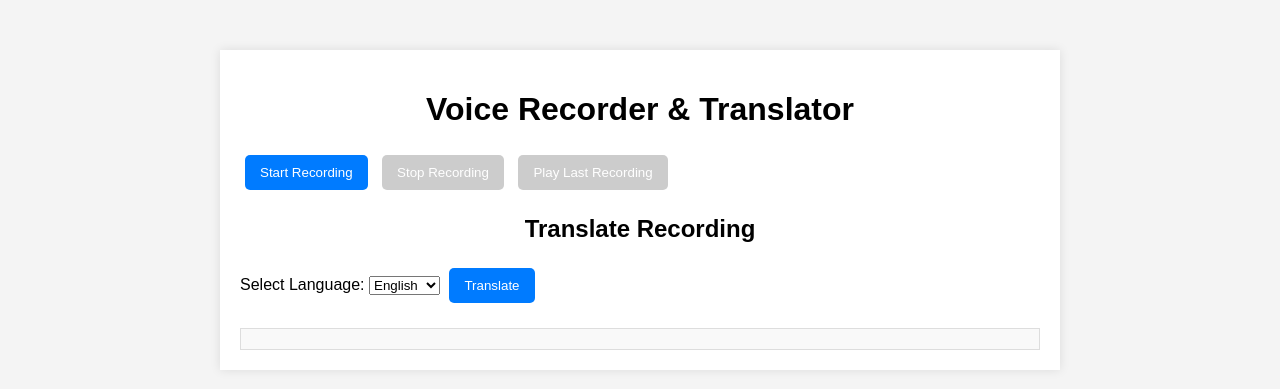
Repository: Tobby004/voice-and-text-translator
Page: index.html
These files come from the project's save history. The page is drawn as it stood at one moment and after the next save; the edit follows.
The browser window is 1280 px wide. The pictures show the whole page.
The page's requests for data from a server got no answer.

Above is the page before, as saved 2023-08-29 16:59:53.

### index.html
<!DOCTYPE html>
<html lang="en">
<head>
    <meta charset="UTF-8">
    <meta name="viewport" content="width=device-width, initial-scale=1.0">
    <title>Voice Recording App</title>
    <link rel="stylesheet" href="style.css">
</head>
<body>
    <div class="container">
        <h1>Voice Recorder & Translator</h1>
        <button id="startRecord">Start Recording</button>
        <button id="stopRecord" disabled>Stop Recording</button>
        <button id="playAudio" disabled>Play Last Recording</button>

        <h2>Translate Recording</h2>
        <label for="languageSelect">Select Language:</label>
        <select id="languageSelect">
            <!-- Languages will be populated dynamically -->
        </select>
        <button id="translate">Translate</button>
        <div id="translatedText"></div>
    </div>

    <script src="app.js"></script>
    <script src="translator.js"></script>
</body>
</html>

### style.css
body {
    font-family: Arial, sans-serif;
    background-color: #f4f4f4;
    margin: 0;
    padding: 0;
}

.container {
    width: 80%;
    max-width: 800px;
    margin: 50px auto;
    padding: 20px;
    background-color: #fff;
    box-shadow: 0 0 10px rgba(0, 0, 0, 0.1);
}

h1, h2 {
    text-align: center;
}

button {
    padding: 10px 15px;
    margin: 5px;
    cursor: pointer;
    border: none;
    background-color: #007BFF;
    color: #fff;
    border-radius: 5px;
}

button:disabled {
    background-color: #ccc;
}

#translatedText {
    margin-top: 20px;
    padding: 10px;
    border: 1px solid #ddd;
    background-color: #f9f9f9;
}

### app.js
let mediaRecorder;
let audioChunks = [];
let audioBlob;
let audioUrl;
let audio = new Audio();
let recordingInterval;

document.getElementById("startRecord").addEventListener("click", startRecording);
document.getElementById("stopRecord").addEventListener("click", stopRecording);
document.getElementById("playAudio").addEventListener("click", playLastRecording);
document.getElementById("translate").addEventListener("click", translateRecording);

async function startRecording() {
    let stream = await navigator.mediaDevices.getUserMedia({ audio: true });
    mediaRecorder = new MediaRecorder(stream);
    mediaRecorder.ondataavailable = event => {
        audioChunks.push(event.data);
    };
    mediaRecorder.onstop = () => {
        audioBlob = new Blob(audioChunks, { type: 'audio/wav' });
        audioUrl = URL.createObjectURL(audioBlob);
        audio.src = audioUrl;
        const audioPlayer = document.getElementById("audioPlayer");
        audioPlayer.src = audioUrl;
        audioPlayer.style.display = "block";
    };
    audioChunks = [];
    mediaRecorder.start();
    document.getElementById("startRecord").disabled = true;
    document.getElementById("stopRecord").disabled = false;

    let recordingDuration = 0;
    document.getElementById("recordingStatus").textContent = "Recording: 00:00";
    recordingInterval = setInterval(() => {
        recordingDuration += 1;
        let minutes = Math.floor(recordingDuration / 60);
        let seconds = recordingDuration % 60;
        document.getElementById("recordingStatus").textContent = `Recording: ${String(minutes).padStart(2, '0')}:${String(seconds).padStart(2, '0')}`;
    }, 1000);
}

function stopRecording() {
    mediaRecorder.stop();
    document.getElementById("startRecord").disabled = false;
    document.getElementById("stopRecord").disabled = true;
    document.getElementById("playAudio").disabled = false;

    clearInterval(recordingInterval);
    document.getElementById("recordingStatus").textContent = "Recording Stopped";
}

function playLastRecording() {
    const audioPlayer = document.getElementById("audioPlayer");
    audioPlayer.currentTime = 0;
    audioPlayer.play();
}

function translateRecording() {
    if(!audioBlob) {
        alert("Please record something first!");
        return;
    }
    // Placeholder for sending the audioBlob to a voice-to-text service
    let transcribedText = "This is a placeholder for the transcribed text.";

    // Placeholder for sending the transcribedText to a translation API
    let translatedText = "This is a placeholder for the translated text.";

    document.getElementById("translatedText").innerText = translatedText;
}

// Placeholder for fetching the list of languages from an API
let languages = ["English", "Spanish", "French"]; // example languages
let languageSelect = document.getElementById("languageSelect");
languages.forEach(lang => {
    let option = document.createElement("option");
    option.value = lang;
    option.innerText = lang;
    languageSelect.appendChild(option);
});

### translator.js
// translator.js

const API_KEY = 'YOUR_GOOGLE_CLOUD_API_KEY';

// Fetching the list of supported languages
async function fetchSupportedLanguages() {
    const response = await fetch(`https://translation.googleapis.com/language/translate/v2/languages?key=${API_KEY}`);
    const data = await response.json();
    const languages = data.data.languages.map(lang => lang.language);
    populateLanguagesDropdown(languages);  // Function to populate the dropdown with fetched languages
    return languages;
}

// Translating text
async function translateText(sourceLang, targetLang, text) {
    const response = await fetch(`https://translation.googleapis.com/language/translate/v2?key=${API_KEY}&source=${sourceLang}&target=${targetLang}&q=${text}`);
    const data = await response.json();
    displayTranslatedText(data.data.translations[0].translatedText);  // Function to display the translated text to the user
}

// Function to populate the language dropdown with the list of supported languages
function populateLanguagesDropdown(languages) {
    const dropdown = document.getElementById('languageSelect');
    languages.forEach(lang => {
        const option = document.createElement('option');
        option.value = lang;
        option.innerText = lang;
        dropdown.appendChild(option);
    });
}

// Function to display the translated text to the user
function displayTranslatedText(translatedText) {
    const outputDiv = document.getElementById('translatedText');
    outputDiv.innerText = translatedText;
}

// Initial call to populate the dropdown when the page loads
document.addEventListener('DOMContentLoaded', fetchSupportedLanguages);

After the next save:
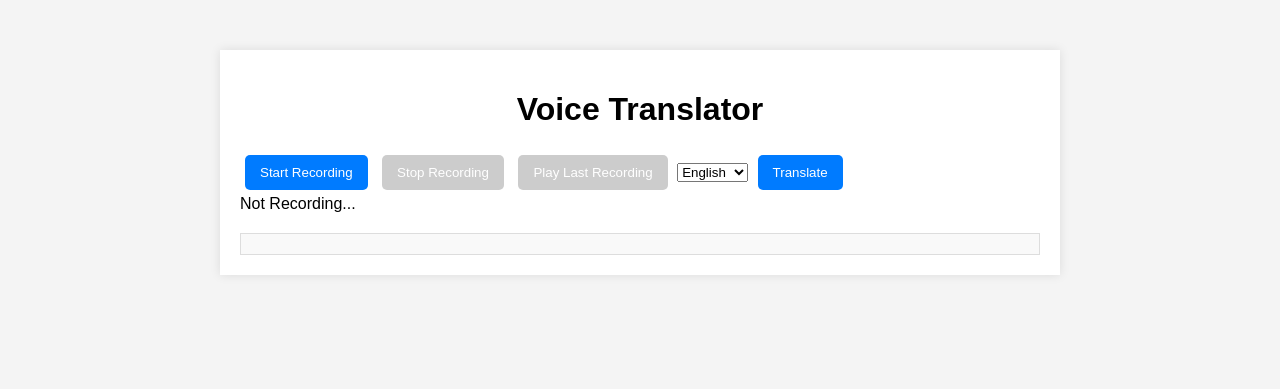
Saved 16 min 10 s later.
--- a/index.html
+++ b/index.html
@@ -2,26 +2,25 @@
 <html lang="en">
 <head>
     <meta charset="UTF-8">
+    <meta http-equiv="X-UA-Compatible" content="IE=edge">
     <meta name="viewport" content="width=device-width, initial-scale=1.0">
-    <title>Voice Recording App</title>
+    <title>Translation App</title>
     <link rel="stylesheet" href="style.css">
 </head>
 <body>
     <div class="container">
-        <h1>Voice Recorder & Translator</h1>
+        <h1>Voice Translator</h1>
         <button id="startRecord">Start Recording</button>
         <button id="stopRecord" disabled>Stop Recording</button>
         <button id="playAudio" disabled>Play Last Recording</button>
-
-        <h2>Translate Recording</h2>
-        <label for="languageSelect">Select Language:</label>
         <select id="languageSelect">
-            <!-- Languages will be populated dynamically -->
+            <!-- Populated by JS -->
         </select>
         <button id="translate">Translate</button>
+        <div id="recordingStatus">Not Recording...</div>
+        <audio id="audioPlayer" controls style="display:none;"></audio>
         <div id="translatedText"></div>
     </div>
-
     <script src="app.js"></script>
     <script src="translator.js"></script>
 </body>
